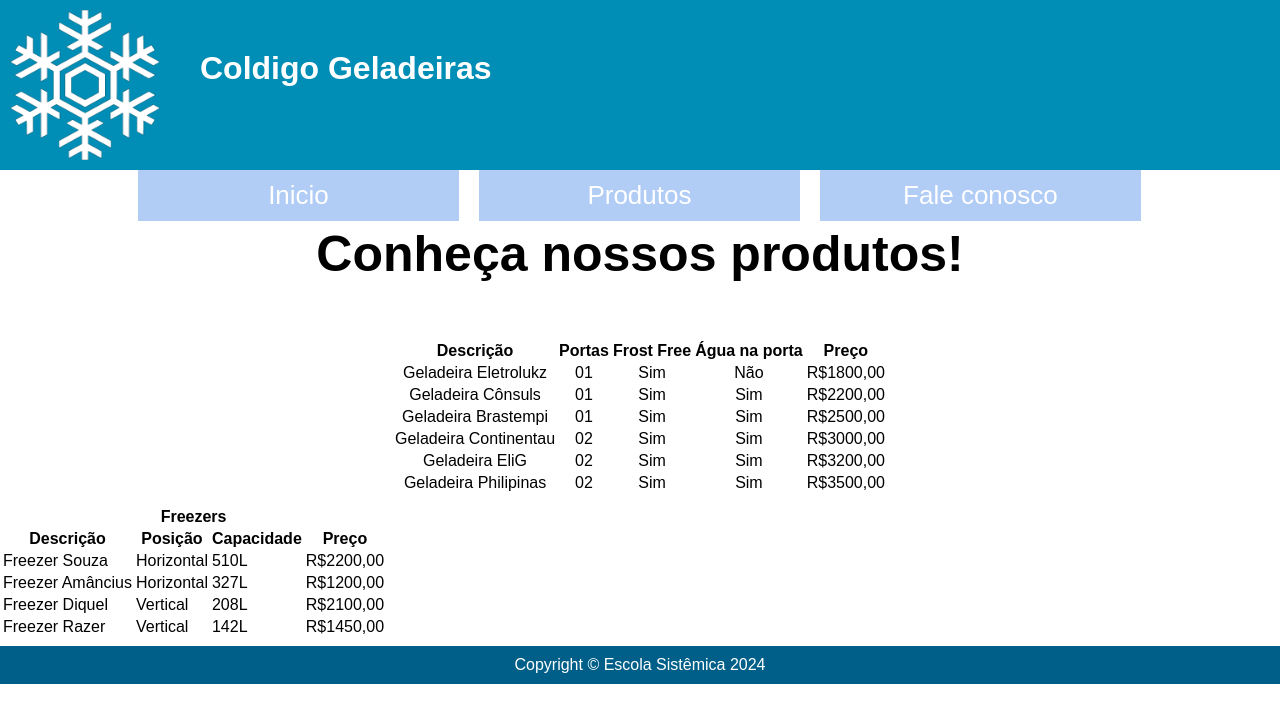
Repository: AndreiLGomes/faculdade
Page: http://localhost/ProjetoTrilhaWeb/pages/site/produtos.html
The author's editor kept a copy of each file at every save. The page is drawn from the files as they stood at one save, then again after the next save.
The browser window is 1280 px wide. The pictures show the whole page.
The page is served by Tomcat 9.

Above is the page before, as saved 2024-04-10 23:00:27.

### 2 ano/WorkspaceTrilhaWeb/ProjetoTrilhaWeb/src/main/webapp/pages/site/produtos.html
<!DOCTYPE html>
<html lang="pt-br">
<head>
<meta charset="UTF-8">
<meta name="description" content="Site da Coldigo Geladeiras">
<meta name="keywords" content="Geladeiras, Frost-free, refrigeração">
<meta name="author" content="Escola Sistêmica">
<meta name="viewport" content="width=device-width, initial-scale=1.0">
<link rel="stylesheet" type="text/css" href="../../css/site.css">
<title>Coldigo Geladeiras</title>

</head>
<body>
	<header>
		<img alt="logo da Coldigo Geladeiras" src="../../img/logo.png">
		<h1>Coldigo Geladeiras</h1>
	</header>
	<nav>
		<a href="../../index.html"><div class="opcao">Inicio</div> </a> <a
			href="produtos.html">
			<div class="opcao">Produtos</div>
		</a> <a href="faleconosco.html">
			<div class="opcao">Fale conosco</div>
		</a>
	</nav>
	<section>
		<h2>Conheça nossos produtos!</h2>
		<table class="tabelaProdutos" >
			<thead>
				<tr>
					<th colspan="5" class="tituloTabela">Geladeiras</th>
				</tr>
				<tr>
					<th>Descrição</th>
					<th>Portas</th>
					<th>Frost Free</th>
					<th>Água na porta</th>
					<th>Preço</th>
				</tr>
			</thead>
			<tbody>
				<tr>
					<td>Geladeira Eletrolukz</td>
					<td>01</td>
					<td>Sim</td>
					<td>Não</td>
					<td>R$1800,00</td>
				<tr>
					<td>Geladeira Cônsuls</td>
					<td>01</td>
					<td>Sim</td>
					<td>Sim</td>
					<td>R$2200,00</td>
				</tr>
				<tr>
					<td>Geladeira Brastempi</td>
					<td>01</td>
					<td>Sim</td>
					<td>Sim</td>
					<td>R$2500,00</td>
				</tr>
				<tr>
					<td>Geladeira Continentau</td>
					<td>02</td>
					<td>Sim</td>
					<td>Sim</td>
					<td>R$3000,00</td>
				</tr>
				<tr>
					<td>Geladeira EliG</td>
					<td>02</td>
					<td>Sim</td>
					<td>Sim</td>
					<td>R$3200,00</td>
				</tr>
				<tr>
					<td>Geladeira Philipinas</td>
					<td>02</td>
					<td>Sim</td>
					<td>Sim</td>
					<td>R$3500,00</td>
				</tr>
			</tbody>
		</table>
		<table >
			<thead>
				<tr>
					<th colspan="4">Freezers</th>
				</tr>
				<tr>
					<th>Descrição</th>
					<th>Posição</th>
					<th>Capacidade</th>
					<th>Preço</th>
				</tr>
			</thead>
			<tbody>
				<tr>
					<td>Freezer Souza</td>
					<td>Horizontal</td>
					<td>510L</td>
					<td>R$2200,00</td>
				</tr>
				<tr>
					<td>Freezer Amâncius</td>
					<td>Horizontal</td>
					<td>327L</td>
					<td>R$1200,00</td>
				</tr>
				<tr>
					<td>Freezer Diquel</td>
					<td>Vertical</td>
					<td>208L</td>
					<td>R$2100,00</td>
				</tr>

				<tr>
					<td>Freezer Razer</td>
					<td>Vertical</td>
					<td>142L</td>
					<td>R$1450,00</td>
				</tr>
			<tbody>
		</table>


	</section>
	<footer>Copyright &copy; Escola Sistêmica 2024 </footer>


</body>
</html>

### 2 ano/WorkspaceTrilhaWeb/ProjetoTrilhaWeb/src/main/webapp/css/site.css
@charset "UTF-8";

body {
	margin: 0 auto;
	font-family: "Century Gothic", sans-serif;
}

/* cabeçalho */
header {
	height: 170px;
	background-color: #008eb6;
}

header img {
	float: left;
	height: 150px;
	width: 150px;
	margin: 10px;
}

header h1 {
	float: left;
	margin: 50px 0 0 30px;
	color: #ffffff;
}
/*Menu*/
nav {
	clear: both;
	width: 80%;
	margin: 0px auto;
	height: 55px;
}

nav a {
	color: white;
	text-decoration: none;
	text-align: center;
}

nav .opcao {
	float: left;
	width: 31.3%;
	background-color: #b1ccf5;
	padding: 10px 0;
	margin: 0 1%;
	font-size: 26px;
}

nav .opcao:hover {
	background-color: #83afd3;
}

/* Área geral para conteúdos específicos de cada página */
section {
	clear: both;
	min-height: 360px;
	width: 100%;
	margin-top: 0px;
}
/*rodapé */
footer {
	background-color: #005f89;
	color: #fff;
	text-align: center;
	padding: 10px;
	margin-top: 7px;
}

/* Configuracão da página inicial */
section #top {
	width: 900px;
	margin: 0px auto;
	height: 250px;

}


.geladeira{
	height: 250px;
	width: 125px;
}

.direita{
	float: right;
}
.esquerda{
	float: left;
}

section #titulos{
	float: left;
	height: 250px;
	width: 650px;
	margin: 0px auto;
}

h2{
	text-align: center;
	margin-top: 0px;
	margin-bottom: 10px;
	font-size: 50px;
}

h3{
	text-align: center;
	margin-top: 50px;
	font-size: 20px;
}

p{
	clear: both;
	text-align: center;
	margin: 10px 80px;
}
/* Configuração da página de Produtos */

.tabelaProdutos{
	margin: 10px auto;
	text-align: center;
}

.tituloTabela{
	text-align: center;
	font-size: 30px;
	font-weight: bold;
	color: #fff;
	padding: 5px;
	border: transparent;
}

After the next save:
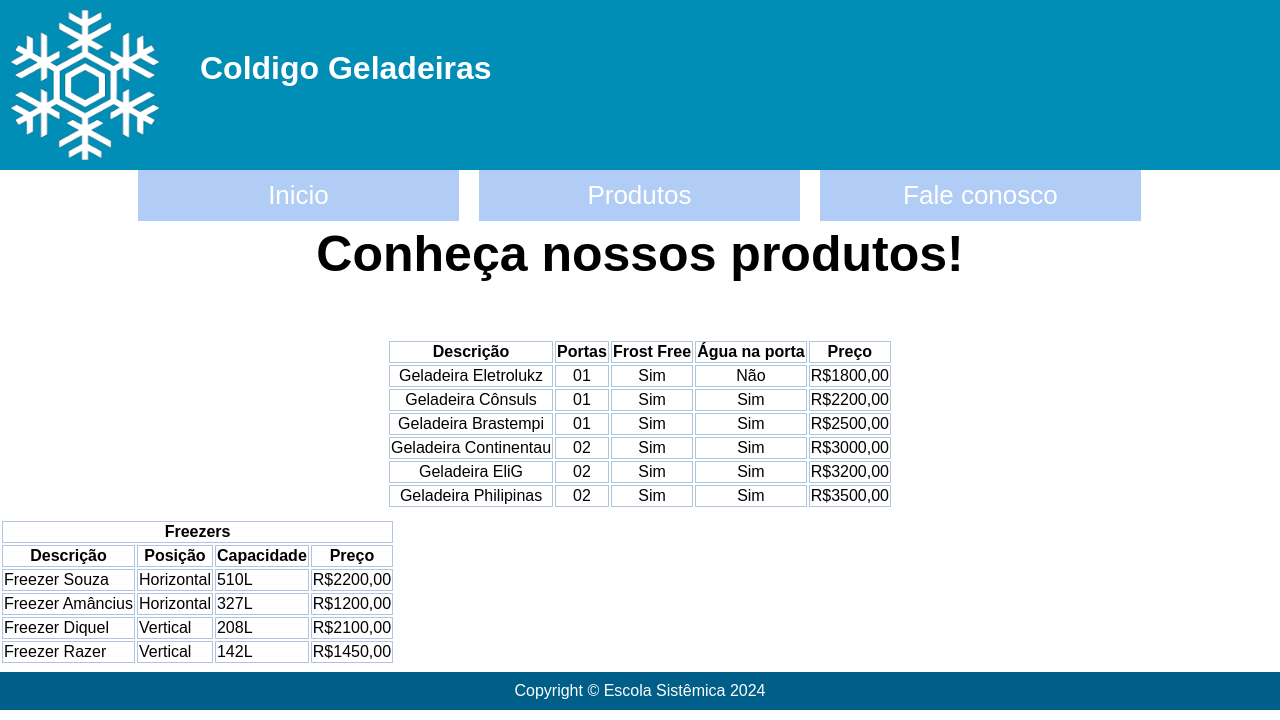
Saved 97 s later.
--- a/2 ano/WorkspaceTrilhaWeb/ProjetoTrilhaWeb/src/main/webapp/css/site.css
+++ b/2 ano/WorkspaceTrilhaWeb/ProjetoTrilhaWeb/src/main/webapp/css/site.css
@@ -127,3 +127,7 @@ p{
 	padding: 5px;
 	border: transparent;
 }
+
+tr, td, th{
+	border: 1px solid #B0C4DE;
+}
